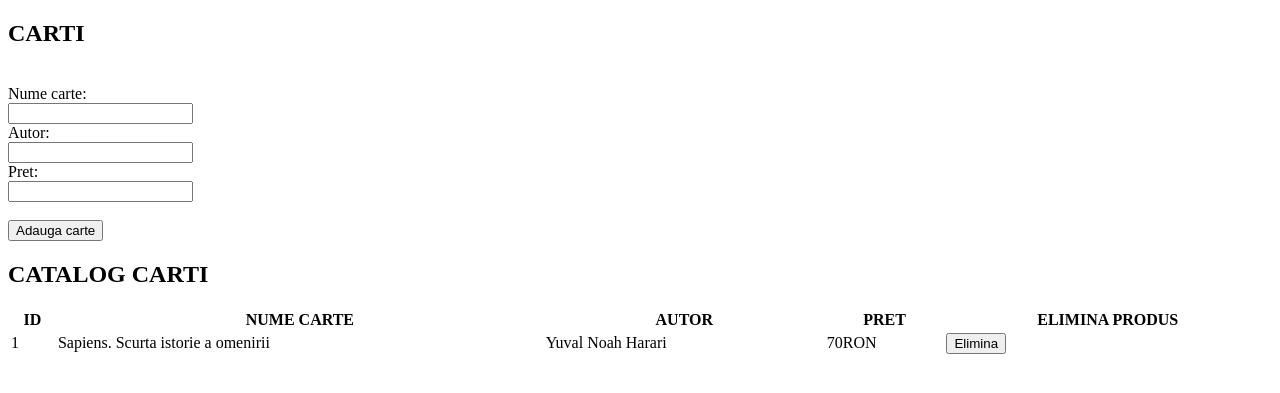
Repository: mireladavid/afacerielectronice
Page: frontend/index.html
The author's editor kept a record of every edit. The page is drawn from the files as they stood at one moment, then again after the next edit.
The browser window is 1280 px wide. The pictures show the whole page.
The page's requests for data from a server got no answer.

Above is the page before.

### frontend/index.html
<!DOCTYPE html>
<html>
    <head>
        <title>Catalog carti</title>
        <link rel="stylesheet" href="styles.css" />
    </head>
    <body>
       <section>
       <h2>CARTI</h2>
       <div>
           <div>
        <form>
  <input type="hidden" name="id" id="id" /><br />
  Nume carte:<br />
  <input type="text" name="nume" id="nume" /><br />
  Autor:<br />
  <input type="text" name="autor" id="autor"><br/>
  Pret:<br />
  <input type="text" name="pret" id="pret"><br/>
  <br />
  <input class="btn btn-primary" type="submit" value="Adauga carte">
</form>
</div>
</div>
<section>
            <h2>CATALOG CARTI</h2>
            <div>
                <div class="cart-row">
                    <table style="width:100%;">
                <tr class="cart-row">
                    <th class="cart-item cart-header cart-column">ID</th>
                    <th class="cart-item cart-header cart-column">NUME CARTE</th>
                    <th class="cart-item cart-header cart-column">AUTOR</th>
                    <th class="cart-item cart-header cart-column">PRET</th>
                    <th class="cart-item cart-header cart-column">ELIMINA PRODUS</th>
                </tr>
                <tr class="cart-row">
                    <td class="cart-item cart-header cart-column">1</td>
                    <td class="cart-item cart-header cart-column">Sapiens. Scurta istorie a omenirii</td>
                    <td class="cart-item cart-header cart-column">Yuval Noah Harari</td>
                    <td class="cart-item cart-header cart-column">70RON</td>
                     <td class="cart-item cart-header cart-column">
                        <button class="btn btn-danger">Elimina</button>
                    </td>
                </tr>
                    </table>
                </div>
            </div>
        </section>

<div id="table"></div>
<script
    src="https://code.jquery.com/jquery-3.3.1.min.js"
    integrity="sha256-FgpCb/KJQlLNfOu91ta32o/NMZxltwRo8QtmkMRdAu8="
    crossorigin="anonymous"></script>
<script src="https://unpkg.com/axios/dist/axios.min.js"></script>

<script>
function afisareCarti() {
    axios.get('/carti').then(function(results) {

        let html = ` <table style="width:100%;">
                <tr>
                    <th>ID</th>
                    <th>NUME CARTE</th>
                    <th>AUTOR</th>
                    <th>PRET</th>
                    <th>ELIMINA PRODUS</th>
                </tr>`

        results.data.forEach(function(element) {
            html += `<tr>
                        <td>${element.id}</td>
                        <td>${element.nume}</td>
                        <td>${element.autor}</td>
                        <td>${element.pret}</td>
                        <td>
                            <button onClick="eliminaCarte(${element.id})">Elimina</button>
                        </td>
                    </tr>`
        })

        html += `</table>`

        $('#table').html(html)
    }).catch(function(error) {
        console.log(error)
    })
}
</script>

<script type="text/javascript">
    $(document).ready(function() {
        console.log('Hello from JQuery')
        afisareCarti()
    })
</script>

    </body>
</html>

### frontend/styles.css
body {
  background-color: white;
}

h1 {
  color: navy;
  margin-left: 20px;
}

After the next edit:
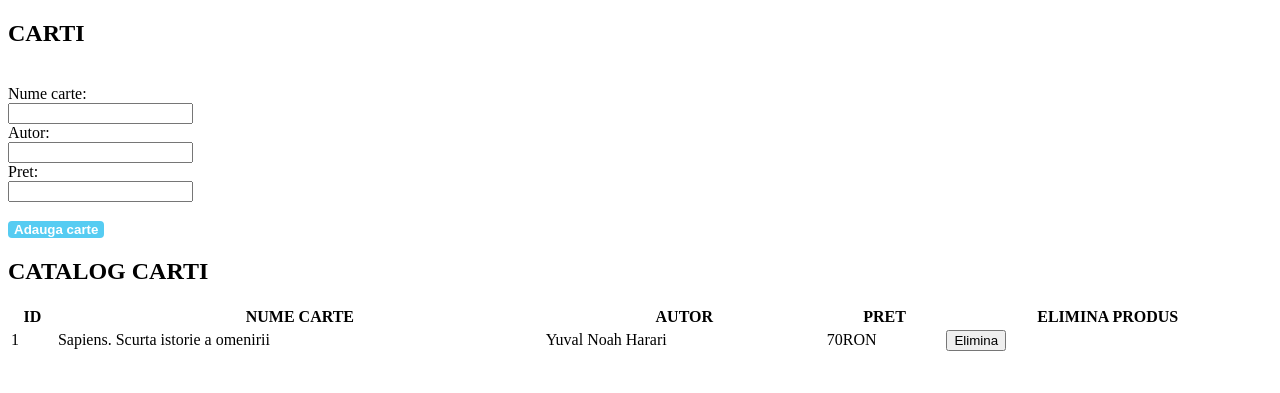
The edit:
--- a/frontend/styles.css
+++ b/frontend/styles.css
@@ -1,8 +1,27 @@
-body {
-  background-color: white;
+.shop-item-image {
+    height: 250px;
 }
 
-h1 {
-  color: navy;
-  margin-left: 20px;
+.shop-item-details {
+    display: flex;
+    align-items: center;
+    padding: 5px;
 }
+
+.shop-item-title {
+    display: block;
+    width: 100%;
+    text-align: center;
+    font-weight: bold;
+    font-size: 1.5em;
+    color: #333;
+    margin-bottom: 15px;
+}
+
+.btn-primary {
+    color: white;
+    background-color: #56CCF2;
+    border: none;
+    border-radius: .3em;
+    font-weight: bold;
+}
